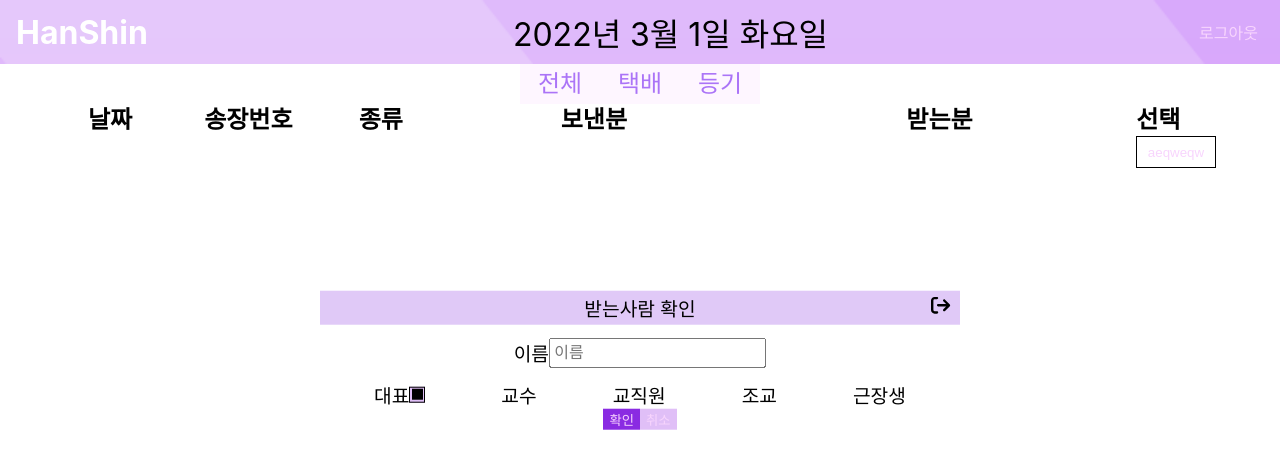
Repository: SeungYn/hanshinClient
Page: /, after clicking the first element matching `button.package_d2e76_submitBtn`
The author's editor kept a copy of each file at every save. The page is drawn from the files as they stood at one save, then again after the next save.
The browser window is 1280 px wide. The pictures show the whole page.
The page's requests for data from a server got no answer. The project was rebuilt for these pictures with package versions that can differ from the ones it lists, and the page was loaded fresh each time. No one was signed in, and anything a server would have sent is missing. Also part of the build but not shown: src/App.css, src/components/item/item.jsx, src/components/addboxs/addBoxs.jsx.

Above is the page before, as saved 2022-03-01 02:45:25.

### public/index.html
<!DOCTYPE html>
<html lang="en">
  <head>
    <meta charset="utf-8" />
    <link rel="icon" href="%PUBLIC_URL%/favicon.ico" />
    <meta name="viewport" content="width=device-width, initial-scale=1" />
    <meta name="theme-color" content="#000000" />
    <meta
      name="description"
      content="Web site created using create-react-app"
    />
  </head>
  <body>
    <div id="root"></div>
  </body>
</html>

### src/index.css
html {
  height: 100%;
}
body {
  margin: 0;
  font-family: -apple-system, BlinkMacSystemFont, 'Segoe UI', 'Roboto', 'Oxygen',
    'Ubuntu', 'Cantarell', 'Fira Sans', 'Droid Sans', 'Helvetica Neue',
    sans-serif;
  -webkit-font-smoothing: antialiased;
  -moz-osx-font-smoothing: grayscale;
  height: 100%;
}
h1 {
  margin: 0;
}
code {
  font-family: source-code-pro, Menlo, Monaco, Consolas, 'Courier New',
    monospace;
}

* {
  box-sizing: border-box;
}
p,
h2 {
  margin: 0;
  padding: 0;
}

ul {
  list-style: none;
  margin: 0;
  padding: 0;
}

### src/App.jsx
import './App.css';
import Header from './components/header/header';
import Package from './components/package/package';
import { Route, Routes } from 'react-router-dom';
import AddBoxs from './components/addboxs/addBoxs';
function App() {
  return (
    <div className='app'>
      <Header />
      <Routes>
        <Route exact path='/' element={<Package />} />
        <Route exact path='/add' element={<AddBoxs />} />
      </Routes>
    </div>
  );
}

export default App;

### src/components/header/header.jsx
import React, { useEffect, useState } from 'react';
import styles from './header.module.css';

const Header = (props) => {
  const [date, setDate] = useState(new Date());
  const [month, setMonth] = useState('');
  const [year, setYear] = useState('');
  const [day, setDay] = useState('');
  const [dates, setDates] = useState('');

  useEffect(() => {
    setMonth(date.getMonth() + 1);
    switch (date.getDay()) {
      case 0:
        setDay('일');
        break;
      case 1:
        setDay('월');
        break;
      case 2:
        setDay('화');
        break;
      case 3:
        setDay('수');
        break;
      case 4:
        setDay('목');
        break;
      case 5:
        setDay('금');
        break;
      case 6:
        setDay('토');
        break;
    }
    setYear(date.getFullYear());
    setDates(date.getDate());
  }, [date, month, year, dates, day]);

  return (
    <header className={styles.headers}>
      <h1 className={styles.title}>HanShin</h1>
      <p
        className={styles.day}
      >{`${year}년 ${month}월 ${dates}일 ${day}요일`}</p>
      <nav className={styles.menu}>
        <button className={styles.menu__item}>로그아웃</button>
      </nav>
    </header>
  );
};

export default Header;

### src/components/package/package.jsx
import React, { useEffect, useState } from 'react';
import Item from '../item/item';
import ReceiverInput from '../receiverInput/receiverInput';
import styles from './package.module.css';

const Package = (props) => {
  const [item, setItem] = useState([]);

  const [selectedPackages, setSelectedPackages] = useState([]);
  const [receiverInputActivate, setReceiverInputActivate] = useState(false);

  const addList = (box) => {
    //축약 : setSelectedPackages([...selectedPackages, box]);
    const list = [...selectedPackages, box];
    setSelectedPackages(list);
  };

  const removeList = (box) => {
    const list = selectedPackages.filter((item) => {
      if (item.boxId !== box.boxId) {
        return item;
      }
    });

    setSelectedPackages(list);
  };

  const onSubmit = () => {
    console.log(selectedPackages);
    setReceiverInputActivate(true);
  };

  useEffect(() => {
    fetch('http://localhost:8080/packages/') //
      .then((data) => data.json())
      .then((data) => setItem(data));
  }, []);

  return (
    <div className={styles.package}>
      <nav className={styles.navbar}>
        <div className={styles.navbar__item}>전체</div>
        <div className={styles.navbar__item}>택배</div>
        <div className={styles.navbar__item}>등기</div>
      </nav>

      <section className={styles.contents}>
        <ul className={styles.itemList}>
          <li className={styles.items}>
            <h2 className={styles.item}>날짜</h2>
            <h2 className={styles.item}>송장번호</h2>
            <h2 className={styles.item}>종류</h2>
            <h2 className={styles.item}>보낸분</h2>
            <h2 className={styles.item}>받는분</h2>
            <h2 className={styles.item}>선택</h2>
          </li>
          {item.map((box) => (
            <Item
              key={box.boxId}
              item={box}
              addList={addList}
              removeList={removeList}
            />
          ))}
        </ul>
      </section>
      <button className={styles.submitBtn} onClick={onSubmit}>
        aeqweqw
      </button>
      {receiverInputActivate ? (
        <ReceiverInput selectedPackages={selectedPackages} />
      ) : (
        ''
      )}
    </div>
  );
};

export default Package;

### src/components/header/header.module.css
.headers {
  background: no-repeat url('./backimg.png');
  background-size: cover;
  height: 4rem;
  display: flex;
  justify-content: space-between;
  align-items: center;
  padding: 0.1rem 1rem;
}

.title {
  color: white;
}
.day {
  font-size: 2rem;
}
.menu__item {
  border: 0;
  background: none;
  font-size: 1rem;
}

### src/components/receiverInput/receiverInput.jsx
import React from 'react';
import styles from './receiverInput.module.css';
import { FontAwesomeIcon } from '@fortawesome/react-fontawesome';
import { faArrowRightFromBracket } from '@fortawesome/free-solid-svg-icons';

const ReceiverInput = ({ selectedPackages }) => {
  console.log(selectedPackages);
  return (
    <form className={styles.receiverForm}>
      <header className={styles.receiverForm__header}>
        <p className={styles.reveiverForm__header__title}>받는사람 확인</p>
        <p className={styles.reveiverForm__header__exit}>
          <FontAwesomeIcon icon={faArrowRightFromBracket}></FontAwesomeIcon>
        </p>
      </header>
      <section className={styles.receiverForm__body}>
        <div className={styles.name__group}>
          <p className={styles.input__title}>이름</p>
          <input type='text' placeholder='이름' />
        </div>
        <ul className={styles.radio__group}>
          <li className={styles.radio__label__group}>
            <label htmlFor='대표' className={styles.radio__label}>
              대표
            </label>
            <input type='radio' id='대표' name='position' value='대표' />
            <span className={styles.checkedBox}></span>
          </li>

          <li className={styles.radio__label__group}>
            <label htmlFor='교수' className={styles.radio__label}>
              교수
            </label>
            <input type='radio' id='교수' name='position' value='교수' />
          </li>
          <li className={styles.radio__label__group}>
            <label htmlFor='교직원' className={styles.radio__label}>
              교직원
            </label>
            <input type='radio' id='교직원' name='position' value='교직원' />
          </li>
          <li className={styles.radio__label__group}>
            <label htmlFor='조교' className={styles.radio__label}>
              조교
            </label>
            <input type='radio' id='조교' name='position' value='조교' />
          </li>
          <li className={styles.radio__label__group}>
            <label htmlFor='근장생' className={styles.radio__label}>
              근장생
            </label>
            <input type='radio' id='근장생' name='position' value='근장생' />
          </li>
        </ul>

        <ul className={styles.packageList}>
          {selectedPackages.map((item) => (
            <li key={item.boxId}>
              <span>{item.date}</span>
              <span>{item.boxId}</span>
              <span>{item.kind}</span>
              <span>{item.sender}</span>
              <span>{item.receiver}</span>
            </li>
          ))}
        </ul>
      </section>
      <div className={styles.receiverForm__Footer}>
        <button
          type='button'
          className={`${styles.receiverBtn} ${styles.check}`}
        >
          확인
        </button>
        <button
          type='button'
          className={`${styles.receiverBtn} ${styles.cancel}`}
        >
          취소
        </button>
      </div>
    </form>
  );
};

export default ReceiverInput;

### src/components/package/package.module.css
.package {
  width: 100%;
  height: 100%;
  display: flex;
  flex-direction: column;
  align-items: center;
}

.navbar {
  display: flex;
  justify-content: center;
  color: #ab74f7;
  width: 100%;
}

.navbar__item {
  text-align: center;
  line-height: 1.5rem;
  font-size: 1.5rem;
  flex-basis: 5rem;
  background-color: #fef6ff;
  padding: 0.5rem;
}

.navbar__item:hover {
  background-color: #ab74f7;
  color: #fef6ff;
  cursor: pointer;
}

.itemList {
  height: 100%;
  display: grid;
  grid-auto-rows: minmax(2rem, auto);
}

.items {
  display: grid;
  grid-template-columns: 8% 16% 7% 30% 30% 8%;
  height: 2rem;
}

h2 {
  text-align: center;
  line-height: 2rem;
}

.contents {
  width: 90%;
}

.submitBtn {
  align-self: flex-end;
  margin-right: 5%;
  border: 1px solid black;
  height: 2rem;
  width: 5rem;
}

.submitBtn:hover {
  cursor: pointer;
}

### src/components/addboxs/addBoxs.module.css
input:focus {
  outline: none;
}

.addContainer {
  width: 100%;
  height: 100%;
  display: flex;
  flex-direction: column;
  align-items: center;
}

.addFormHeader {
  width: 100%;
  display: grid;
  grid-template-columns: 8% 12% 4% 24% 24% 10% 7% 7% 2%;
  justify-content: center;
  color: #8541f6;
  column-gap: 0.2rem;
}

.item {
  font-size: 1rem;
}

.addForm {
  width: 100%;
  height: 100%;
  padding: 1rem;
}
/* 8% 10% 5% 27% 27% 8% 7% 7%; */
.items {
  display: grid;
  grid-template-columns: 8% 12% 4% 24% 24% 10% 7% 7% 2%;
  align-items: center;
  column-gap: 0.2rem;
  margin-top: 0.5rem;
}
.minus {
  padding: 0;
}

input[type='text'] {
  height: 1.8rem;
  font-size: 1rem;
  padding: 0.8rem 0.2rem;
}

.countText {
  border: 1px solid #8541f6;
}

button {
  background-color: transparent;
  border: none;
  color: #f8d5fd;
}
.bottom {
  height: 100%;
  width: 100%;
  display: flex;
  justify-content: space-between;
  padding: 0 1rem;
}
.bottomBtn {
  display: flex;
}

.bottom::before {
  content: '.';
  color: transparent;
}

.addBtn:hover {
  cursor: pointer;
  color: #e5a3ff;
}

.sendBtn {
  font-size: 1rem;
}

.test {
  width: 112px;
}

### src/components/item/item.module.css
.items {
  display: grid;
  grid-template-columns: 8% 17% 7% 30% 30% 8%;
  align-items: center;
  border: 1px solid black;
}

.items p:not(:last-child) {
  border-right: 1px solid black;
  height: 100%;
  display: flex;
  align-items: center;
  justify-content: center;
}

.items:hover {
  background-color: #fef6ff;
}

p {
  /* 크기를 넘기면 자동으로 줄바꿈 */
  text-align: center;
  overflow-wrap: break-word;
  font-size: 1.2rem;
}

.selectBtn {
  color: white;
  background-color: #ab74f7;
  width: 100%;
  height: 100%;
}

.selected {
  background-color: black;
}

.unSelected {
  background-color: #ab74f7;
}

.selectBtn:hover {
  cursor: pointer;
}

### src/components/receiverInput/receiverInput.module.css
.receiverForm {
  /* #e0c9f7 */
  background-color: white;
  width: 50%;
  position: fixed;
  top: 50%;
  left: 50%;
  transform: translate(-50%, -50%);
  display: flex;
  flex-direction: column;
  align-items: center;
}

.receiverForm__header {
  background-color: #e0c9f7;
  position: relative;
  display: flex;
  justify-content: center;
  padding: 0.2rem 0;
  width: 100%;
}

.reveiverForm__header__exit {
  position: absolute;
  right: 10px;
}

.receiverForm__body {
  padding: 0px 1rem;
  width: 100%;
  display: flex;
  flex-direction: column;
  align-items: center;
}

.radio__group {
  display: flex;
  font-size: 1.2rem;
  justify-content: space-around;
  width: 100%;
  margin-top: 0.8rem;
  align-items: center;
}

input[type='radio'] {
  display: none;
}

.checkedBox {
  display: block;
  border: 1px solid black;
  background-color: #e0bff7;
  width: 1rem;
  height: 1rem;
  display: flex;
  justify-content: center;
  align-items: center;
}

.checkedBox:after {
  content: '';
  display: block;
  background-color: black;
  width: 0.7rem;
  height: 0.7rem;
}

input[type='radio']:checked + .checkedBox:after {
  background-color: aqua;
}

.radio__label__group {
  display: flex;
  align-items: center;
}

.name__group {
  display: flex;
  margin-top: 0.8rem;
  align-items: center;
}

.packageList {
  width: 90%;
  background-color: white;
  max-height: 50%;
  overflow: scroll;
}

.check {
  background-color: blueviolet;
}

.cancel {
  background-color: #e0bff7;
}

Loaded but not shown: src/index.js (common file)

After the next save:
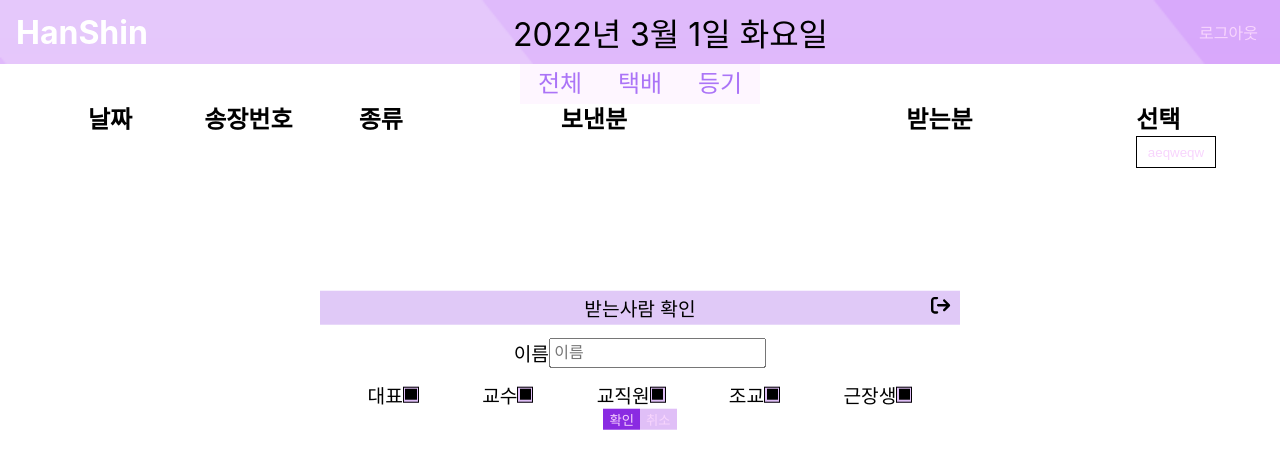
Saved 17 s later.
--- a/src/components/receiverInput/receiverInput.jsx
+++ b/src/components/receiverInput/receiverInput.jsx
@@ -32,24 +32,28 @@ const ReceiverInput = ({ selectedPackages }) => {
               교수
             </label>
             <input type='radio' id='교수' name='position' value='교수' />
+            <span className={styles.checkedBox}></span>
           </li>
           <li className={styles.radio__label__group}>
             <label htmlFor='교직원' className={styles.radio__label}>
               교직원
             </label>
             <input type='radio' id='교직원' name='position' value='교직원' />
+            <span className={styles.checkedBox}></span>
           </li>
           <li className={styles.radio__label__group}>
             <label htmlFor='조교' className={styles.radio__label}>
               조교
             </label>
             <input type='radio' id='조교' name='position' value='조교' />
+            <span className={styles.checkedBox}></span>
           </li>
           <li className={styles.radio__label__group}>
             <label htmlFor='근장생' className={styles.radio__label}>
               근장생
             </label>
             <input type='radio' id='근장생' name='position' value='근장생' />
+            <span className={styles.checkedBox}></span>
           </li>
         </ul>
 
